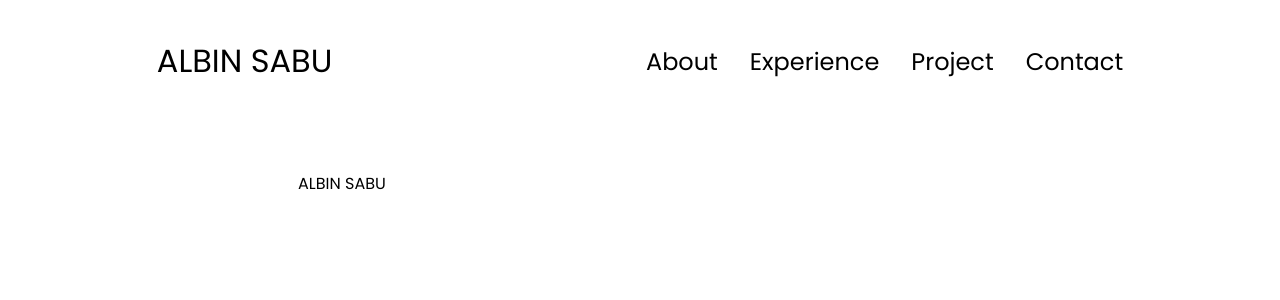
Repository: albinsabu2023/albinsabu
Page: index.html
These files come from the project's save history. The page is drawn as it stood at one moment and after the next save; the edit follows.
The browser window is 1280 px wide. The pictures show the whole page.

Above is the page before, as saved 2023-08-29 09:34:05.

### index.html
<!DOCTYPE html>
<html lang="en">
<link>
    <meta charset="UTF-8">
    <meta name="viewport" content="width=device-width, initial-scale=1.0">
    <title>Albin Sabu</title>
    <link rel="stylesheet" href="style.css"/>
    <link rel="stylesheet" href="mediaqueries.css">
</head>
<body>
    <nav id="desktop-nav">
        <div class="logo">
            ALBIN SABU
        </div>
        <div>
            <ul class="nav-links">
                <li><a href="#about">About</a></li>
                <li><a href="#about">Experience</a></li>
                <li><a href="#about">Project</a></li>
                <li><a href="#about">Contact</a></li>
            </ul>
        </div>
    </nav>
    <nav id="hamburger-nav">
        <div clas="logo"> ALBIN SABU</div>
        <div class="hamburger-menu">
            <div class="hamburger-icon" onclick="toggleMenu()">

            </div>
        </div>
    </nav>
    <script src="script.js"></script>
</body>
</html>

### style.css
@import url('https://fonts.googleapis.com/css2?family=Poppins:ital,wght@0,300;0,400;0,500;0,600;1,200;1,300;1,500;1,600&display=swap');

* {
    margin: 0;
    padding: 0;
}

body {
    font-family: 'Poppins', sans-serif;
}

html {
    scroll-behavior: smooth;
}

p {
    color: rgb(85, 85, 85);
}

a,
.btn {
    transition: all 300ms ease
}

/* Desktop navigation */
nav,
.nav-links {
    display: flex;

}

nav {
    justify-content: space-around;
    align-items: center;
    height: 17vh;

}

.nav-links {
    gap: 2rem;
    list-style: none;
    font-size: 1.5rem;
}
a{
    color:black;
    text-decoration: none;
    text-decoration-color: white;
}

a:hover{
    color:gray;
    text-decoration:underline;
    text-underline-offset:1rem ;
    text-decoration-color:rgb(181,181,181);
}

.logo{
    font-size:2rem;
}

Loaded but not shown: script.js (no copy from this time; the picture is the same without it); mediaqueries.css (no stored copy; drawn as an empty file)

After the next save:
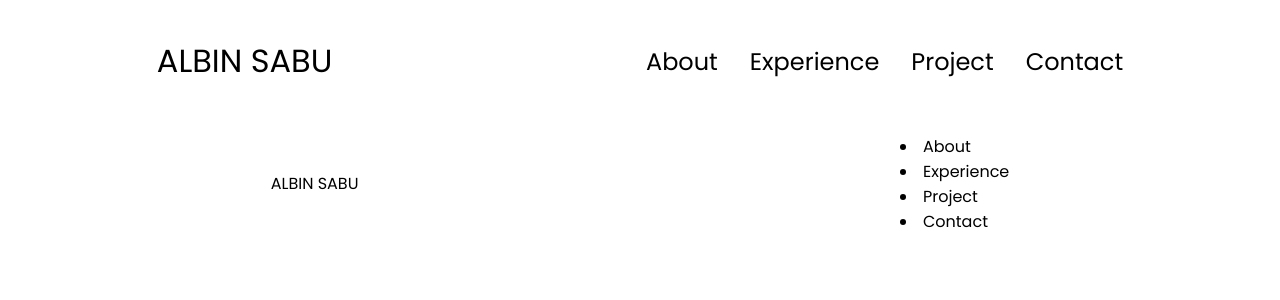
Saved 62 s later.
--- a/index.html
+++ b/index.html
@@ -25,7 +25,15 @@
         <div clas="logo"> ALBIN SABU</div>
         <div class="hamburger-menu">
             <div class="hamburger-icon" onclick="toggleMenu()">
-
+                <span></span>
+                <span></span>
+                <span></span>
+            </div>
+            <div class="menu-links">
+                <li><a href="#about">About</a></li>
+                <li><a href="#about">Experience</a></li>
+                <li><a href="#about">Project</a></li>
+                <li><a href="#about">Contact</a></li>
             </div>
         </div>
     </nav>
